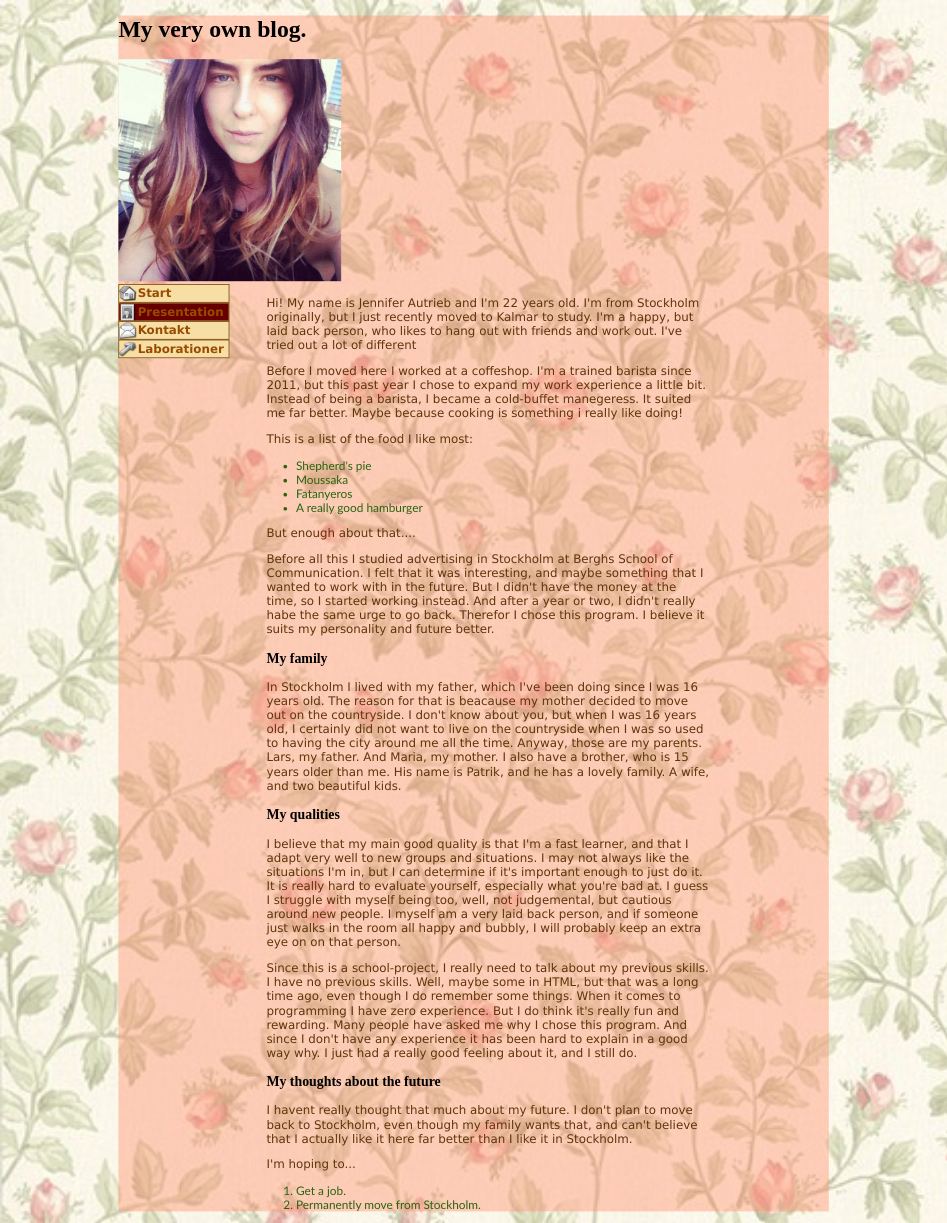
Repository: JeAut/1ik415-JeAut-laborationer
Page: WWW/pages/Presentation.html
The author's editor kept a record of every edit. The page is drawn from the files as they stood at one moment, then again after the next edit.
The browser window is 1280 px wide. The pictures show the whole page, at 74% of full size.

Above is the page before.

After the next edit:
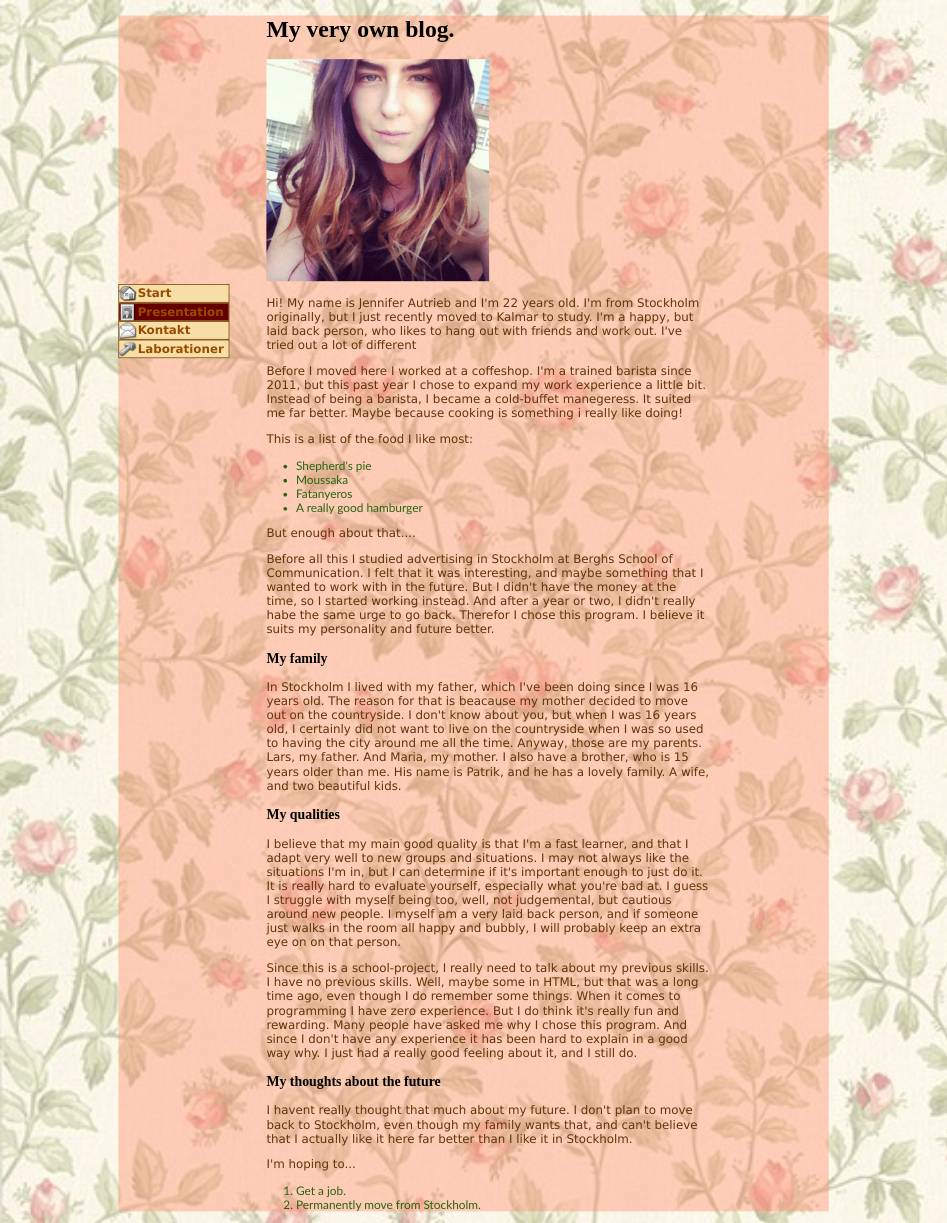
The edit:
--- a/WWW/pages/Presentation.html
+++ b/WWW/pages/Presentation.html
@@ -14,8 +14,10 @@
     <body>
     <div id="bgimage">
     <div id="body">
-        <header><a id="doc"><h1>My very own blog.</h1></a>
-        <img src="../pics/jennifer.jpg" width="301"/></header>
+        <div id="header">
+        <a id="doc"><h1>My very own blog.</h1></a>
+        <img src="../pics/jennifer.jpg" width="301"/>
+        </div>
 
          <div id="navigation">
          <ul>
